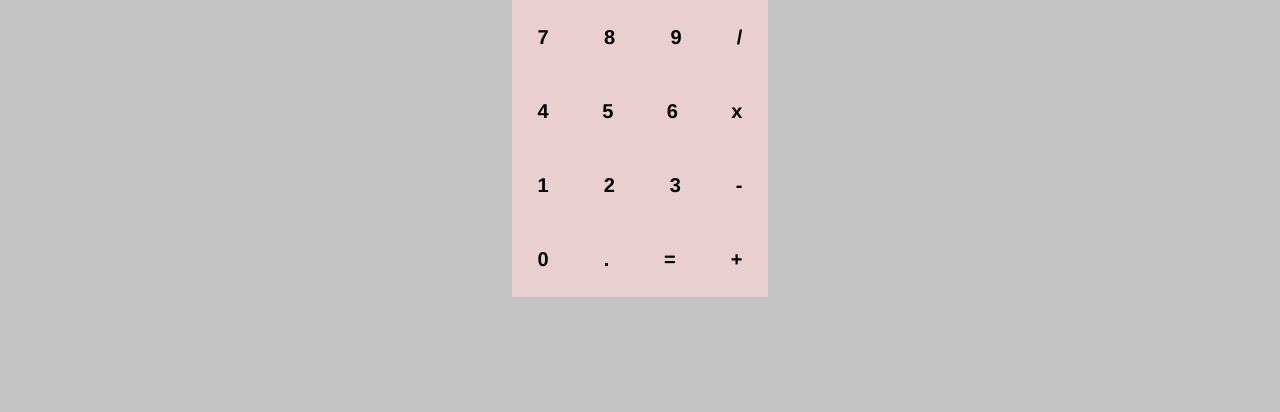
Repository: raulpenate/Calculadora-VUE3
Page: /
These files come from the project's save history. The page is drawn as it stood at one moment and after a run of saves; the edit follows.
The browser window is 1280 px wide. The pictures show the whole page.
The project was rebuilt for these pictures with package versions that can differ from the ones it lists, and the page was loaded fresh each time. Also part of the build but not shown: src/components/HelloWorld.vue.

Above is the page before, as saved 2022-03-11 08:26:32.

### src/App.vue
<template>
  <HelloWorld msg="Welcome to Your Vue.js App"/>
  <Calculator/>
</template>

<script>
import HelloWorld from './components/HelloWorld.vue'
import Calculator from './components/Calculator.vue'

export default {
  name: 'App',
  components: {
    Calculator
  }
}
</script>

<style>
#app {
  font-family: Avenir, Helvetica, Arial, sans-serif;
  -webkit-font-smoothing: antialiased;
  -moz-osx-font-smoothing: grayscale;
}
</style>

### src/components/Calculator.vue
<template>
  <div class="carcasa">
    <div class="pantalla"></div>
    <div class="fila">
        <div class="boton">7</div>
        <div class="boton">8</div>
        <div class="boton">9</div>
        <div class="boton">/</div>
    </div>
    <div class="fila">
        <div class="boton">4</div>
        <div class="boton">5</div>
        <div class="boton">6</div>
        <div class="boton">x</div>
    </div>
    <div class="fila">
        <div class="boton">1</div>
        <div class="boton">2</div>
        <div class="boton">3</div>
        <div class="boton">-</div>
    </div>
    <div class="fila">
        <div class="boton">0</div>
        <div class="boton">.</div>
        <div class="boton">=</div>
        <div class="boton">+</div>
    </div>
  </div>
</template>

<script>
export default {};
</script>

<style>
*{
    padding: 0;
    margin: 0;
    box-sizing: border-box;
}

body{
    background: #c4c4c4;
    margin: auto 40%;
}

.carcasa{
    background: rgb(233, 207, 207);
    display: flex;
    flex-flow: wrap column;
}

.fila{
    font-weight: bold;
    font-size: 20px;
    display: flex;
    flex-flow: wrap row;
    justify-content: space-between;
    padding: 10%;

}



</style>

Loaded but not shown: public/index.html (common file); src/main.js (common file)

After the next 3 saves:
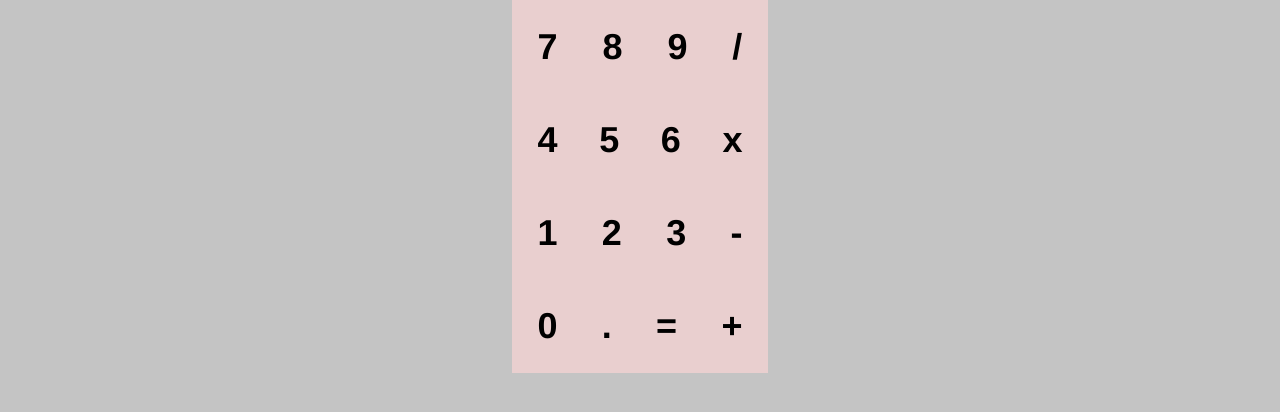
The 3 saves are shown as one change because they came seconds apart.
The last was saved 12 s later.
--- a/src/components/Calculator.vue
+++ b/src/components/Calculator.vue
@@ -52,7 +52,7 @@ body{
 
 .fila{
     font-weight: bold;
-    font-size: 20px;
+    font-size: 5vh;
     display: flex;
     flex-flow: wrap row;
     justify-content: space-between;
